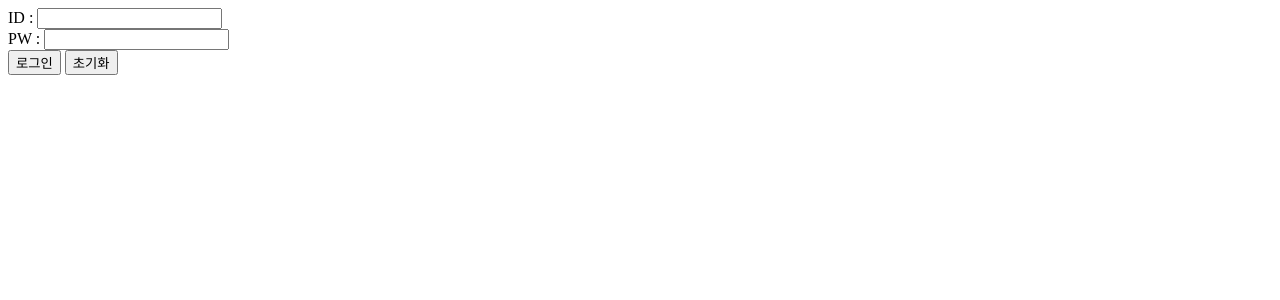
Repository: lee-ruru/jsp_practice
Page: http://localhost/JSPBasic/JspObject/1.requests/req_login_form.jsp
The author's editor kept a copy of each file at every save. The page is drawn from the files as they stood at one save, then again after the next save.
The browser window is 1280 px wide. The pictures show the whole page.
The page is served by Tomcat 9.

Above is the page before, as saved 2022-02-04 01:32:33.

After the next save:
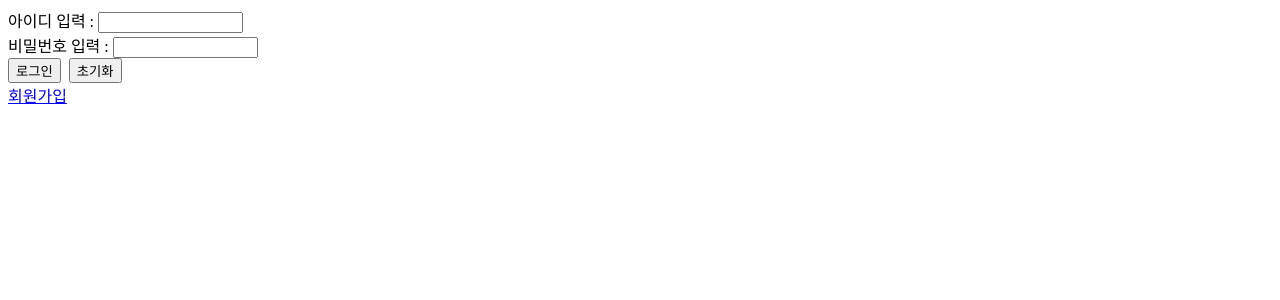
Saved 6 min 4 s later.
--- a/JSPBasic/src/main/webapp/JspObject/1.requests/req_login_form.jsp
+++ b/JSPBasic/src/main/webapp/JspObject/1.requests/req_login_form.jsp
@@ -7,11 +7,12 @@
 <title>Insert title here</title>
 </head>
 <body>
-	<form action="req_login_result.jsp" method="get">
-		ID : <input type="text" name="id"/><br/>
-		PW : <input type="password" name="password"/><br/>
-		<input type="submit" value="로그인"/>
+	<form action="req_login_result.jsp" method="post">
+		아이디 입력 : <input type="text" name="id" size="15px"/><br/>
+		비밀번호 입력 : <input type="password" name="pw" size="15px"/><br/>
+		<input type="submit" value="로그인"/>&nbsp;
 		<input type="reset" value="초기화"/>
 	</form>
+	<a href="req_join_form.jsp">회원가입</a>
 </body>
 </html>
